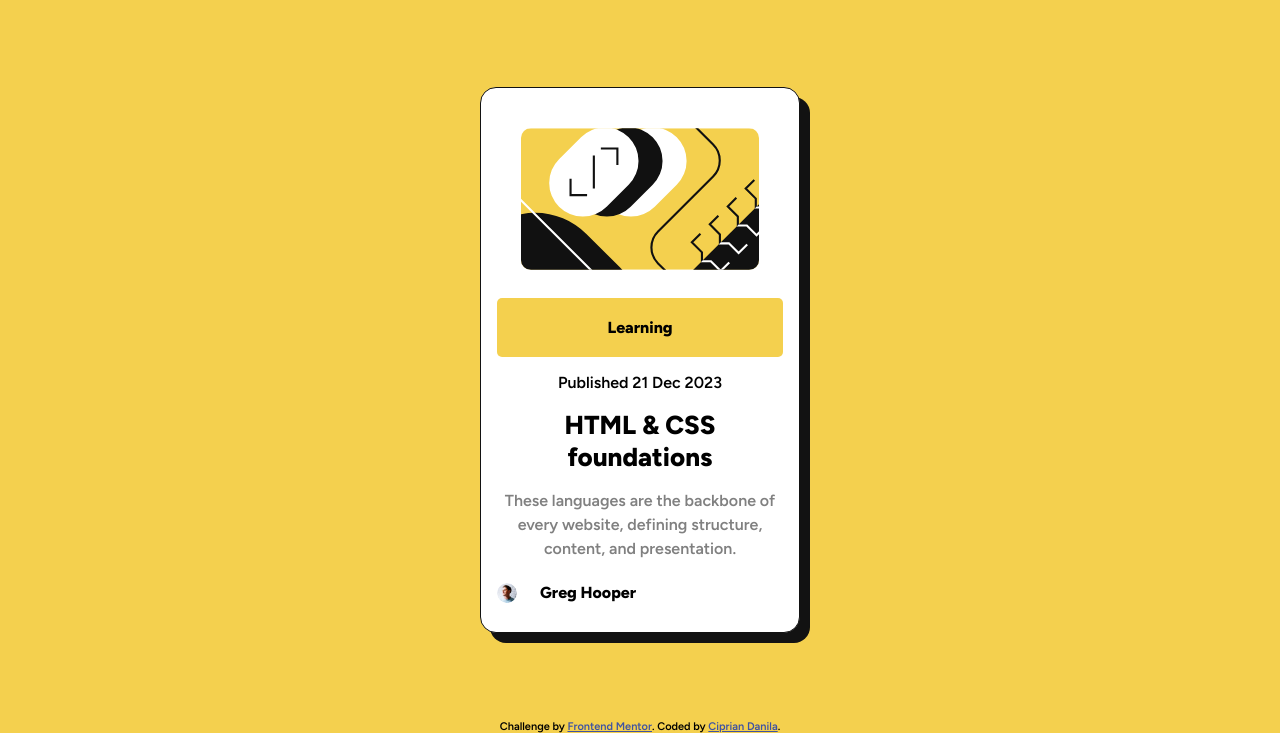
Repository: cipdanila/blog-preview-card
Page: index.html
An editor plug-in stored every save of this project. The page is shown before and after the next save, followed by the edit.
The browser window is 1280 px wide. The pictures show the whole page.

Above is the page before, as saved 2024-01-28 14:07:55.

### index.html
<!DOCTYPE html>
<html lang="en">
<head>
  <meta charset="UTF-8">
  <meta name="viewport" content="width=device-width, initial-scale=1.0"> <!-- displays site properly based on user's device -->

  <link rel="icon" type="image/png" sizes="32x32" href="./assets/images/favicon-32x32.png">
  <link rel="stylesheet" href="style.css">
  <title>Frontend Mentor | Blog preview card</title>

</head>
<body>
  <main>
    <div class="card">
      <div class="image-card">
        <img src="./assets/images/illustration-article.svg" alt="illustration article">
      </div>
      <div class="text-card">
        <div class="learning">
          <p>Learning</p>
        </div>
        <div class="publish">
          <p>Published 21 Dec 2023</p>
        </div>
        <div class="title">
          <h1>HTML & CSS foundations</h1>
        </div>
        <div class="info">
          <p>
            These languages are the backbone of every website, defining structure, content, and presentation.
          </p>
        </div>
        <div class="avatar">
          <img src="./assets/images/image-avatar.webp" alt="avatar">
          <p>Greg Hooper</p>
        </div>
      </div>
    </div>
  </main>

  <footer>
    <div class="attribution">
        Challenge by
        <a
            href="https://www.frontendmentor.io/challenges/blog-preview-card-ckPaj01IcS"
            target="_blank"
            rel="noopener noreferer"
            >Frontend Mentor</a
        >. Coded by <a href="https://github.com/cipdanila" target="_blank" rel="noopener noreferer">Ciprian Danila</a>.
    </div>
</footer>
</body>
</html>

### style.css
@import url('https://fonts.googleapis.com/css2?family=Figtree:wght@600;800&display=swap');

:root {
    /* Colors */
    /* Primary */
    --yellow: hsl(47, 88%, 63%);

    /* Neutral */
    --white: hsl(0, 0%, 100%);
    --grey: hsl(0, 0%, 50%);
    --black: hsl(0, 0%, 7%);
}

* {
    box-sizing: border-box;
}

body, html {
    margin: 0;
    padding: 0;
    height: 100%;
    font-family: 'Figtree', sans-serif;
    font-size: 1rem;
    font-weight: 600;
    background-color: var(--yellow);
}

main {
    display: flex;
    justify-content: center;
    align-items: center;
    height: 100%;
}

.card {
    width: 20rem;
    border-radius: 1rem;
    border: 1px solid var(--black);
    box-shadow: 10px 10px var(--black);
    background-color: var(--white);
    display: flex;
    flex-direction: column;
    align-items: center;
    padding: 1rem;
}

.image-card {
    text-align: center;
    padding: 1.5rem;
}

img {
    max-width: 100%;
    height: auto;
    border-radius: 0.625rem;
}

.text-card {
    text-align: center;
}

.learning {
    background-color: var(--yellow);
    margin-bottom: 1rem;
    padding: 0.25rem 0.5rem;
    border-radius: 5px;
    font-weight: 800;
}

.publish, .title, .info, .avatar {
    margin-bottom: 0.5rem;
}

.title h1 {
    font-weight: 800;
    font-size: 1.625rem;
    margin-bottom: 0.5rem;
}

.info p {
    color: var(--grey);
    line-height: 1.5;
    font-weight: 100;
}

.avatar {
    display: flex;
    align-items: center;
}

.avatar img {
    width: 20px;
    height: auto;
    border-radius: 50%;
    margin-right: 0.5rem;
}

.avatar p {
    display: inline-block;
    margin: 5px;
    padding: 1px 10px;
    font-weight: 800;
}

.attribution {
    font-size: 11px;
    text-align: center;
}
.attribution a {
    color: hsl(228, 45%, 44%);
}

After the next save:
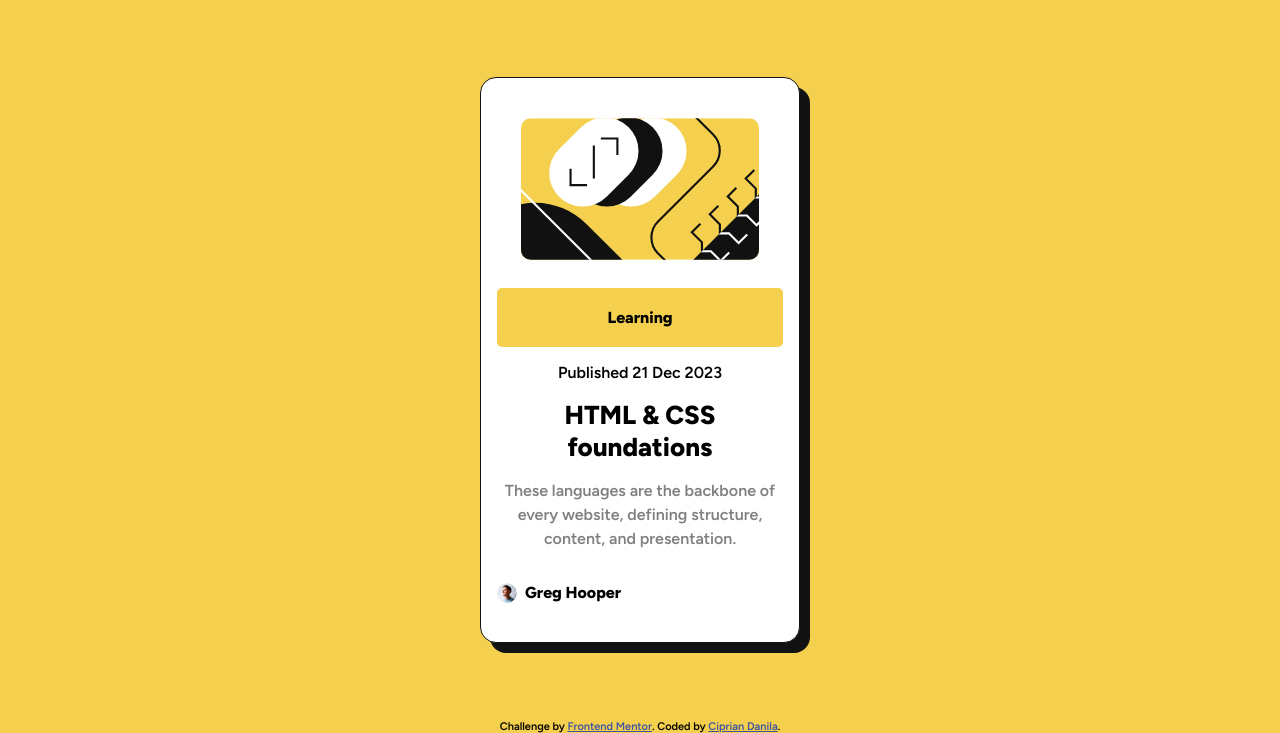
Saved 6 s later.
--- a/style.css
+++ b/style.css
@@ -96,9 +96,6 @@
 }
 
 .avatar p {
-    display: inline-block;
-    margin: 5px;
-    padding: 1px 10px;
     font-weight: 800;
 }
 
